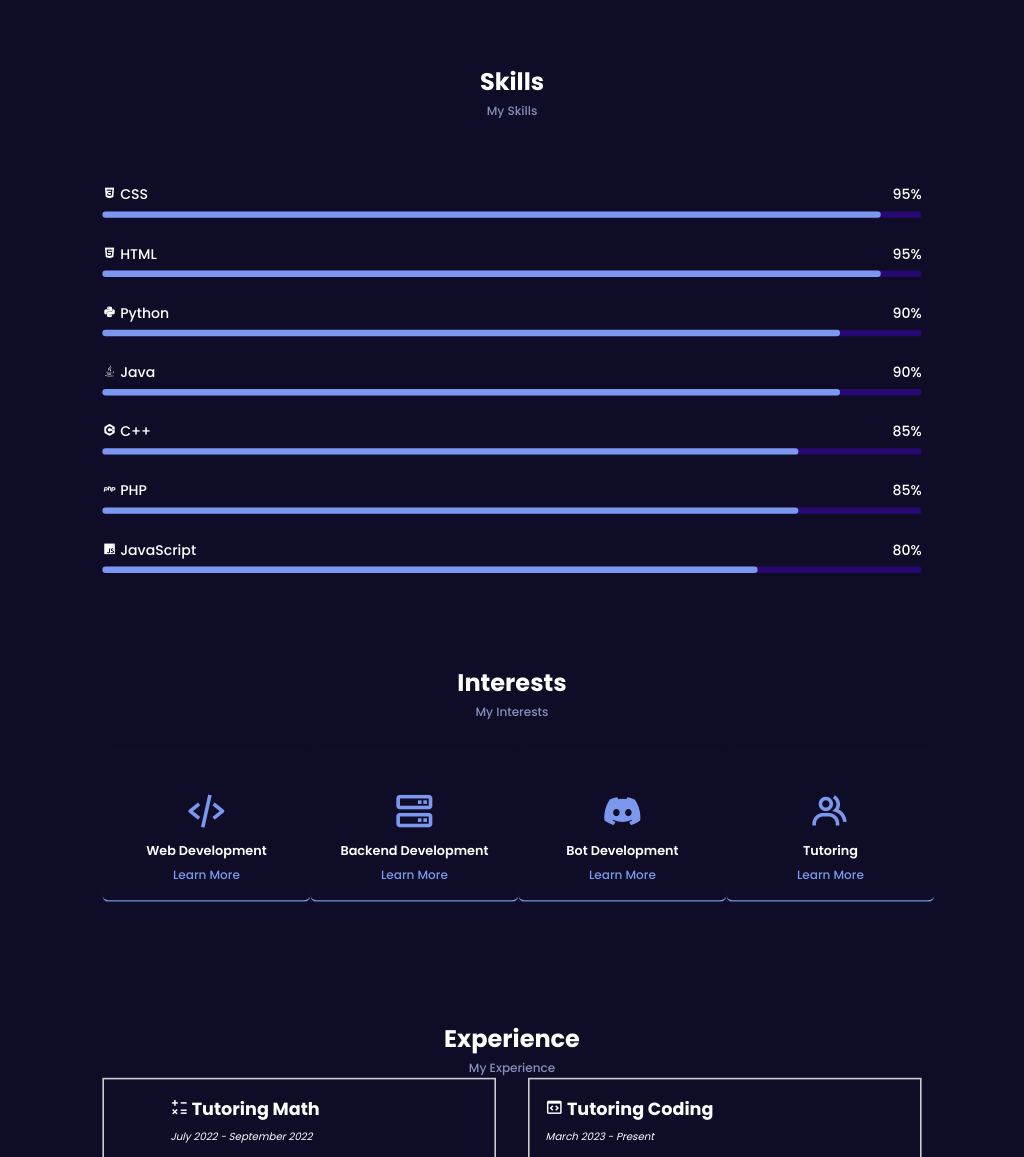
Repository: omkarxpatel/Omkar-Portfolio
Page: src/index.html
The author's editor kept a copy of each file at every save. The page is drawn from the files as they stood at one save, then again after the next save.
The browser window is 1280 px wide. The pictures show the part of the page from y = 1239 to 2685 px (the page is 3679 px tall before and 3700 px after), at 80% of full size.
Pictures or frames that could not be fetched are drawn as grey boxes. A picture or video elsewhere on the page could not be fetched, so the positions and the page height are approximate.

Above is the page before, as saved 2023-03-26 13:26:50.

After the next save:
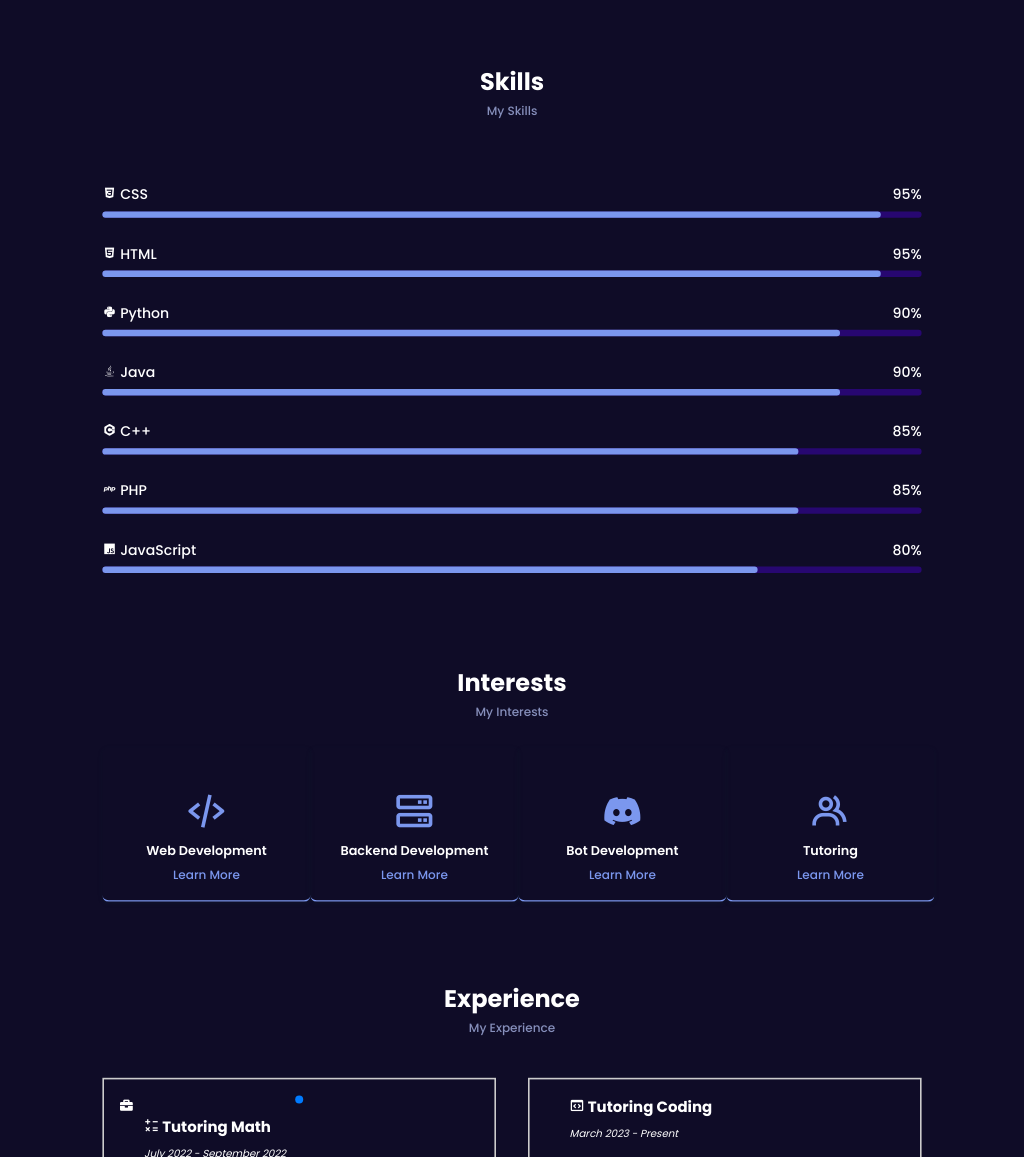
Saved 10 s later.
--- a/src/style.css
+++ b/src/style.css
@@ -593,7 +593,8 @@ form textarea {
 }
 
 
-.experience {
+
+.timeline {
   position: relative;
   width: 100%;
   margin-top: 50px;
@@ -601,25 +602,22 @@ form textarea {
   flex-direction: column;
 }
 
-.experience .timeline-item {
+.timeline-item {
   position: relative;
   width: 100%;
   padding: 20px;
   border: 2px solid #ccc;
   margin-bottom: 30px;
-  display: flex;
-  flex-direction: row;
-  align-items: center;
-}
-
-.experience .timeline-item:last-child {
+}
+
+.timeline-item:last-child {
   margin-bottom: 0;
 }
 
-.experience .timeline-item:before {
+.timeline-item:before {
   content: "";
   position: absolute;
-  top: 40px;
+  top: 10px;
   left: -20px;
   width: 10px;
   height: 10px;
@@ -627,92 +625,72 @@ form textarea {
   border-radius: 50%;
 }
 
-.experience .timeline-item:nth-child(odd):before {
+.timeline-item:nth-child(odd):before {
   background-color: #007bff;
 }
 
-.experience .timeline-item:last-child:before {
+.timeline-item:last-child:before {
   height: 0;
 }
 
-.experience .timeline-icon {
-  display: flex;
-  justify-content: center;
-  align-items: center;
-  width: 50px;
-  height: 50px;
-  border-radius: 50%;
-  background-color: #007bff;
-  color: #fff;
-  margin-right: 20px;
-  font-size: 20px;
-}
-
-.experience .timeline-content {
+.timeline-item .timeline-content {
   margin-left: 30px;
-  width: 100%;
-}
-
-.experience h3 {
+}
+
+.timeline-item h3 {
   margin-top: 0;
   margin-bottom: 10px;
-  font-size: 22px;
-}
-
-.experience .timeline-date {
+}
+
+.timeline-item .timeline-date {
   font-size: 0.8rem;
   font-style: italic;
 }
 
-.experience .timeline-embed {
+.timeline-item .timeline-embed {
   margin-top: 20px;
 }
 
-.experience .timeline-embed iframe {
+.timeline-item .timeline-embed iframe {
   width: 100%;
   height: 300px;
 }
 
 @media (min-width: 768px) {
-  .experience .timeline {
+  .timeline {
     flex-direction: row;
     justify-content: space-between;
   }
 
-  .experience .timeline-item {
+  .timeline-item {
     width: calc(50% - 20px);
     margin-right: 40px;
     margin-bottom: 0;
   }
 
-  .experience .timeline-item:nth-child(odd) {
+  .timeline-item:nth-child(odd) {
     margin-left: 0;
     margin-right: 40px;
   }
 
-  .experience .timeline-item:last-child {
+  .timeline-item:last-child {
     margin-right: 0;
   }
 
-  .experience .timeline-item:before {
-    top: 50%;
-    left: -20px;
-    transform: translateY(-50%);
-  }
-
-  .experience .timeline-item:nth-child(odd):before {
+  .timeline-item:before {
+    top: 20px;
+    left: calc(50% - 5px);
+  }
+
+  .timeline-item:nth-child(odd):before {
     background-color: #007bff;
   }
 
-  .experience .timeline-icon {
-    margin-right: 20px;
-  }
-
-  .experience .timeline-content {
-    margin-left: 0;
-  }
-
-  .experience .timeline-embed iframe {
+  .timeline-item .timeline-content {
+    margin-left: 30px;
+  }
+
+  .timeline-item .timeline-embed iframe {
     height: 400px;
   }
 }
